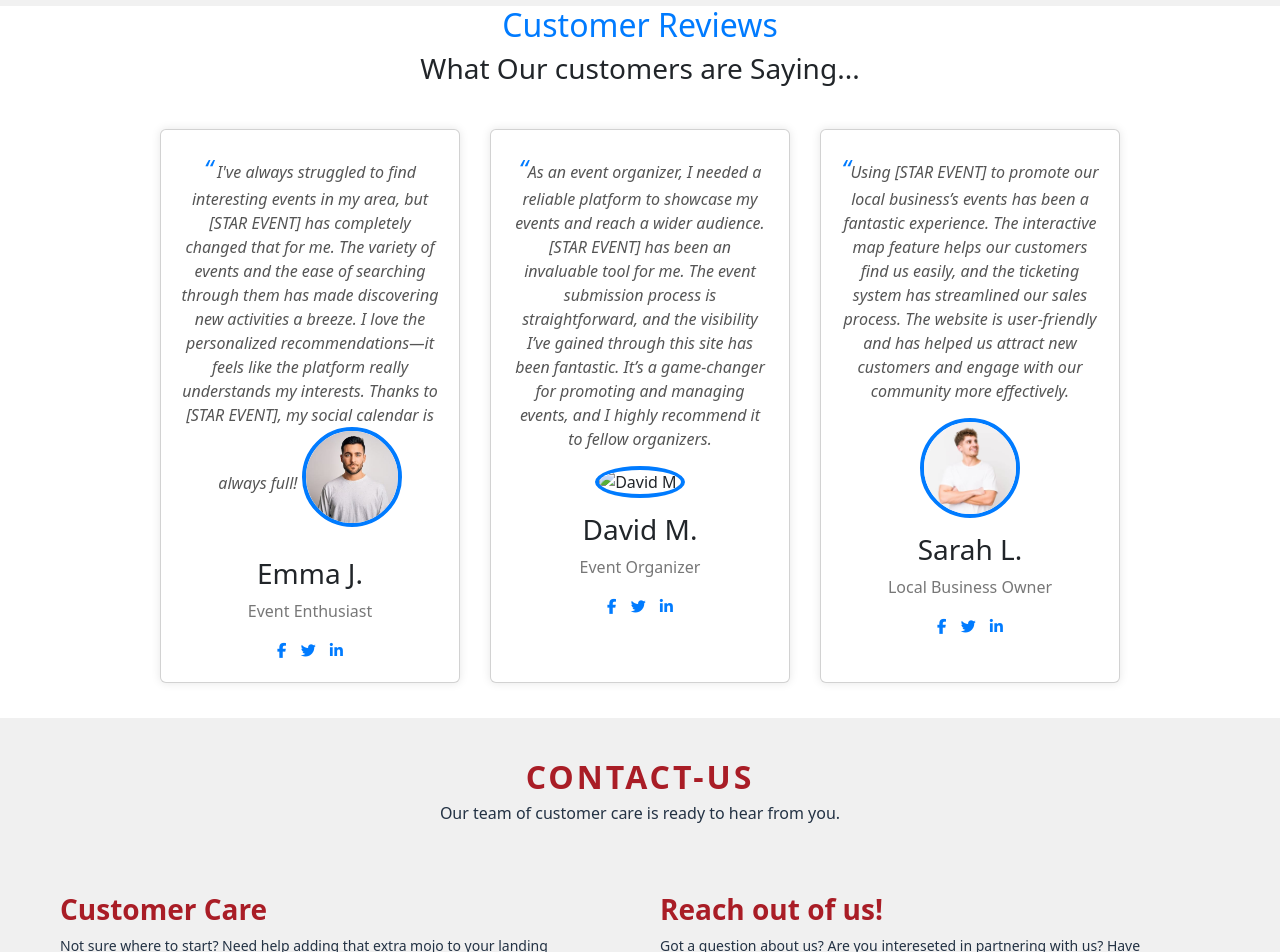
Repository: SharonSebastian32/Event-Management-System-
Page: index.html
An editor plug-in stored every save of this project. The page is shown before and after a run of saves, followed by the edit.
The browser window is 1280 px wide. The pictures show the part of the page from y = 4334 to 5286 px (the page is 8699 px tall).
A picture or video elsewhere on the page could not be fetched, so the positions and the page height are approximate. Some web libraries are served in a nearby version.

Above is the page before, as saved 2024-09-07 09:39:16.
Not found: asset/images/imgg2.jpg
Not found: assets/css/ContactUs.css

### index.html
<!DOCTYPE html>
<html lang="en">
  <head>
    <meta charset="UTF-8" />
    <meta name="viewport" content="width=device-width, initial-scale=1.0" />
    <link rel="icon" type="image/x-icon" href="./Assets/images/aa.png" />
    <title>Star Events</title>
    <link
      rel="stylesheet"
      href="https://cdnjs.cloudflare.com/ajax/libs/font-awesome/5.15.4/css/all.min.css"
    />
    <link rel="stylesheet" href="./Css/Styles.css" />

    <!-- conatct us  style -->
    <link rel="stylesheet" href="/assets/css/ContactUs.css" />
    <link
      href="https://cdn.jsdelivr.net/npm/bootstrap@5.3.0/dist/css/bootstrap.min.css"
      rel="stylesheet"
    />

    <!-- footer link  style   -->
    <link
      rel="stylesheet"
      href="https://cdnjs.cloudflare.com/ajax/libs/font-awesome/6.6.0/css/all.min.css"
      integrity="sha512-Kc323vGBEqzTmouAECnVceyQqyqdsSiqLQISBL29aUW4U/M7pSPA/gEUZQqv1cwx4OnYxTxve5UMg5GT6L4JJg=="
      crossorigin="anonymous"
      referrerpolicy="no-referrer"
    />
    <link href="https://cdn.jsdelivr.net/npm/bootstrap@5.3.0/dist/css/bootstrap.min.css" rel="stylesheet" />


    <!-- upcoming events  -->
      <link href="https://cdn.jsdelivr.net/npm/bootstrap@5.3.0-alpha1/dist/css/bootstrap.min.css" rel="stylesheet">

  </head>
  <body>
    <!-- hero section start -->
    <nav>
      <div class="nav-container">
        <div class="logo">
          <a href="#home">
            <img src="./Assets/images/aa.png" alt="Event Management Logo" />
          </a>
        </div>
        <ul class="nav-links">
          <li><a href="#home">HOME</a></li>
          <li><a href="#about">ABOUT US</a></li>
          <li><a href="#events">EVENTS</a></li>
          <li><a href="#services">SERVICES</a></li>
          <li><a href="#partners us">PARTNERS US</a></li>
          <li><a href="#Gallary">GALLERY</a></li>
          <li><a href="#contact-us">CONTACT US</a></li>
        </ul>
        <div class="sign-in">
          <a href="#login">SIGN IN</a>
        </div>
      </div>
    </nav>

    <!-- Section for Event Management Video -->
    <section class="video-section">
      <video autoplay muted loop>
        <source src="./Assets/videos/aa.mp4" type="video/mp4" />
        Your browser does not support the video tag.
      </video>
    </section>

    <!-- hero section end -->

    <!-- about us section  start-->
    <section id="about" class="about-us-section">
      <div class="about-container">
        <div class="about-text">
          <h2>ABOUT US</h2>
          <p>
            We are a leading event management company specializing in creating
            unforgettable experiences for our clients. With a team of passionate
            professionals, we bring ideas to life and turn your vision into
            reality.
          </p>
          <p>
            Whether it’s a corporate event, wedding, or private celebration, our
            attention to detail and personalized approach ensures that every
            event is a success.
          </p>
        </div>
        <div class="about-image">
          <img src="./Assets/images/about-us.jpg" alt="About Us" />
        </div>
      </div>
    </section>
    <!-- about us section  ends-->

    <!-- events section start -->
<center>
        <h1 style="font-size: 45px; color: #a91d26" data-aos="zoom-in">
          Events
        </h1>
        <form class="search-form" data-aos="flip-down">
          <input
            type="text"
            name="search"
            id="search"
            placeholder="Search events by name, category, price"
            data-aos="flip-down"
          />
          <button type="submit">Search</button>
        </form>
</center>
 <section id="events">
    <div class="event-wrapper">
        <div class="event-container" id="event-container">
            <!-- Event cards will be injected here by JavaScript -->
        </div>
        <div class="upcoming-events" id="upcoming-events">
          <center><h1>Upcoming Events</h1></center>

         </div>
    </div>

    <div id="event-model" class="model">
        <div class="model-content">
            <span class="close">&times;</span>
            <h2>Event Details</h2>
            <p id="event-description">Details will be displayed here.</p>
            <br />
            <a href="https://sharonsebastian32.github.io/razorpaypaymentgateway_implementation/" target="_blank">
                <button class="view-details-btn-1">Book Event </button>
            </a>
        </div>
    </div>
</section>


    <!-- events section end -->

    <!-- partner with us  start-->
    <div class="container-fluid our_partner" style="background-color: rgb(241, 241, 241);">
      <center>
        <h2 style="color: #a91d26; font-family: cursive;">OUR-PARTNERS</h2>
        <h6>Brands That Trust Us</h6>
       </center>
            <div class="row partners">
                <div class="partner_section">

                    <div class="col-md-3 card_section">
                        <div class="partner_card">
                            <img src="./Assets/images/partner1.jpg" alt="OurPartner" />
                        </div>
                    </div>
                    <div class="col-md-3 card_section">
                        <div class="partner_card">
                            <img src="./Assets/images/partner2.jpg" alt="OurPartner" />
                        </div>
                    </div>
                    <div class="col-md-3 card_section">
                        <div class="partner_card">
                            <img src="./Assets/images/partner3.jpg" alt="OurPartner" />
                        </div>
                    </div>
                    <div class="col-md-3 card_section">
                        <div class="partner_card">
                            <img src="./Assets/images/partner4.jpg" alt="OurPartner" />
                        </div>
                    </div>

                </div>
            </div>
        </div>
        </div>


    <!-- partner with us  start-->



  <!-- customer review start -->


    <div class="Testimonials-card">
      <h2>Customer Reviews</h2>
      <h3>What Our customers are Saying...</h3>
    </div>
    <div class="Testimonial-container">
      <div class="card">
        <div class="content">
          <p class="quote">
            <span class="quote-symbol">“</span>
            I've always struggled to find interesting events in my area, but
            [STAR EVENT] has completely changed that for
            me. The variety of events and the ease of searching through them has
            made discovering new activities a breeze. I love the personalized
            recommendations—it feels like the platform really understands my
            interests. Thanks to [STAR EVENT], my social
            calendar is always full!
          <img src="./Assets/images/imgg2.jpg" class="profile" alt="Emma J." />
          <h3>Emma J.</h3>
          <p class="role">Event Enthusiast</p>
          <div class="social-icons">
            <a href="https://www.facebook.com" target="_blank" aria-label="Facebook"><i class="fab fa-facebook-f"></i></a>
            <a href="https://twitter.com" target="_blank" aria-label="Twitter"><i class="fab fa-twitter"></i></a>
            <a href="https://www.linkedin.com" target="_blank" aria-label="LinkedIn"><i class="fab fa-linkedin-in"></i></a>
          </div>
        </div>
      </div>
      <div class="card">
        <div class="content">
          <p class="quote">
            <span class="quote-symbol">“</span>As an event organizer, I needed a reliable platform to showcase my
            events and reach a wider audience. [STAR EVENT]
            has been an invaluable tool for me. The event submission process is
            straightforward, and the visibility I’ve gained through this site
            has been fantastic. It’s a game-changer for promoting and managing
            events, and I highly recommend it to fellow organizers.
          </p>
          <img src="asset/images/imgg2.jpg" class="profile" alt="David M." />
          <h3>David M.</h3>
          <p class="role">Event Organizer</p>
          <div class="social-icons">
            <a href="https://www.facebook.com" target="_blank" aria-label="Facebook"><i class="fab fa-facebook-f"></i></a>
            <a href="https://twitter.com" target="_blank" aria-label="Twitter"><i class="fab fa-twitter"></i></a>
            <a href="https://www.linkedin.com" target="_blank" aria-label="LinkedIn"><i class="fab fa-linkedin-in"></i></a>
          </div>
        </div>
      </div>
      <div class="card">
        <div class="content">
          <p class="quote">
            <span class="quote-symbol">“</span>Using [STAR EVENT] to promote our local
            business’s events has been a fantastic experience. The interactive
            map feature helps our customers find us easily, and the ticketing
            system has streamlined our sales process. The website is
            user-friendly and has helped us attract new customers and engage
            with our community more effectively.
          </p>
          <img src="asset/images/img3.jpg" class="profile" alt="Sarah L." />
          <h3>Sarah L.</h3>
          <p class="role">Local Business Owner</p>
          <div class="social-icons">
            <a href="https://www.facebook.com" target="_blank" aria-label="Facebook"><i class="fab fa-facebook-f"></i></a>
            <a href="https://twitter.com" target="_blank" aria-label="Twitter"><i class="fab fa-twitter"></i></a>
            <a href="https://www.linkedin.com" target="_blank" aria-label="LinkedIn"><i class="fab fa-linkedin-in"></i></a>
          </div>
        </div>
      </div>
    </div>



     <!-- customer review start  -->





    <!-- conatct us section -->
    <div class="container-fluid contact_us" id="contact-us" style="background-color: rgb(240, 240, 240);" >
      <h2>CONTACT-US</h2>
      <h6>Our team of customer care is ready to hear from you.</h6>

      <div class="row main_section">
        <div class="col-md-6 section1">
          <h3>Customer Care</h3>
          <p>
            Not sure where to start? Need help adding that extra mojo to your
            landing page? Just visit our
            <span>hepl center</span> or get in touch with us:
          </p>
          <div class="customer_care">
            <div class="customer_care_profile">
              <div class="profile_img">
                <img src="./Assets/images/men.jpg" alt="customer_care" />
              </div>
              <div class="profile_details">
                <h5>John</h5>
                <h6>Customer Care Lead</h6>
                <p>+91 7484930837</p>
              </div>
            </div>
            <div class="customer_care_profile">
              <div class="profile_img">
                <img src="./Assets/images/women.jpg" alt="customer_care" />
              </div>
              <div class="profile_details">
                <h5>Elizabeth</h5>
                <h6>Customer Care</h6>
                <p>+91 748493083758</p>
              </div>
            </div>
          </div>
        </div>
        <div class="col-md-6 section2">
          <h3>Reach out of us!</h3>
          <p>
            Got a question about us? Are you intereseted in partnering with us?
            Have some suggestions or just want to say Hi? Contact Us:
          </p>
          <form action="">
            <input
              class="form-control"
              type="text"
              name="first_name"
              placeholder="First Name"
              required
            />
            <input
              class="form-control"
              type="text"
              name="last_name"
              placeholder="Last Name"
              required
            />
            <input
              class="form-control"
              type="email"
              name="email"
              placeholder="E-mail"
              required
            />
            <input
              class="form-control"
              type="tel"
              name="phone"
              placeholder="Phone Number"
              required
            />
            <textarea
              class="form-control"
              name="message"
              id=""
              rows="4"
              placeholder="Message"
            ></textarea>
            <button class="btn">SUBMIT</button>
          </form>
        </div>
      </div>
    </div>
    <!-- contact us section -->



<!-- Gallary section starts -->
   <section id="Gallary" style="background-color: rgb(255, 247, 247);">
      <h1 style="text-align: center; font-size: 48px; color: brown">Gallary</h1>
      <div class="gallery">
        <div>
          <img src="./Assets/images/pic1.jpg" alt="" />
        </div>
        <div class="v-stretch">
          <img src="./Assets/images/pic2.jpg" alt="" />
        </div>
        <div class="v-stretch">
          <img src="./Assets/images/pic3.jpg" alt="" />
        </div>
        <div class="">
          <img src="./Assets/images/pic4.jpg" alt="" />
        </div>
        <div class="">
          <img  src="./Assets/images/pic5.jpg" alt="" />
        </div>
        <div class="v-stretch">
          <img src="./Assets/images/pic6.jpg" alt="" />
        </div>
        <div class="big-stretch">
          <img src="./Assets/images/pic7.jpg" alt="" />
        </div>
        <div class="">
          <img src="./Assets/images/pic8.jpg" alt="" />
        </div>
        <div class="h-stretch">
          <img src="./Assets/images/pic9.jpg" alt="" />
        </div>
        <div class="">
          <img src="./Assets/images/pic10.jpg" alt="" />
        </div>
        <div class="">
          <img src="./Assets/images/pic11.jpg" alt="" />
        </div>
        <div class="">
          <img src="./Assets/images/pic12.jpg" alt="" />
        </div>
        <div class="v-stretch">
          <img src="./Assets/images/pic13.jpg" alt="" />
        </div>

        <div class="big-stretch">
          <img src="./Assets/images/pic14.jpg" alt="" />
        </div>
        <div class="">
          <img src="./Assets/images/pic15.jpg" alt="" />
        </div>
        <div class="h-stretch">
          <img src="./Assets/images/pic16.jpg"alt="" />
        </div>
        <div class="">
          <img src="./Assets/images/pic17.jpg" alt="" />
        </div>
        <div class="big-stretch">
          <img src="./Assets/images/pic18.jpg" alt="" />
        </div>
        <div class="">
          <img src="./Assets/images/pic19.jpg" alt="" />
        </div>
        <div class="">
          <img src="./Assets/images/pic20.jpg" alt="" />
        </div>
        <div class="">
          <img src="https://www.culturalindia.net/iliimages/Mohiniattam-1.jpg" alt="" />
        </div>
      </div>
    </section>

<!-- Gallary Section Ends -->
    <!-- footer section start -->
    <footer>
      <div class="container">
        <div class="row">
          <div class="col-md-3 footer-col">
            <h4>Star Events</h4>
            <p>
              Star Events is the number one event conducting company in Kerala.
              We are conducting many types of events all over the state since 15
              years and created 5000 above satisfied customers. Celebrate your
              moments with star events.
            </p>
          </div>

          <div class="col-md-3 footer-col">
            <h4>Links</h4>
            <ul>
              <li><a href="">Home</a></li>
              <li><a href="">About Us</a></li>
              <li><a href="">Events</a></li>
              <li><a href="">Services</a></li>
              <li><a href="">Partner Us</a></li>
              <li><a href="">Gallery</a></li>
              <li><a href="">Contact Us</a></li>
            </ul>
          </div>

          <div class="col-md-3 footer-col">
            <h4>Our Services</h4>
            <ul>
              <li>Event Booking</li>
              <li>Anchoring</li>
              <li>Catering</li>
              <li>Advertising</li>
              <li>Marketing</li>
            </ul>
          </div>

          <div class="col-md-3 footer-col">
            <h4>Your Feedback</h4>
            <form action="">
              <input
                type="text"
                placeholder="Enter your name"
                class="inputname"
              />
              <input
                type="email"
                placeholder="Enter your email id"
                class="inputemail"
              />
              <input
                type="text"
                placeholder="Write your feedback or suggestions"
                class="inputfs"
              />
              <input type="submit" value="SUBMIT" class="inputSubmit" />
            </form>
          </div>
        </div>
        <hr />
        <div class="row">
          <div class="col-md-6">
            <p>&#169; 2024 <b>Star Events</b>. All Rights Reserved</p>
          </div>

          <div class="col-md-6 text-md-end socialIcons">
            <a href=""><i class="fab fa-facebook"></i></a>
            <a href=""><i class="fab fa-instagram"></i></a>
            <a href=""><i class="fab fa-twitter"></i></a>
            <a href=""><i class="fab fa-youtube"></i></a>
            <a href=""><i class="fab fa-whatsapp"></i></a>
          </div>
        </div>
      </div>
    </footer>


<!-- upcomiong section  -->
  <script src="https://cdn.jsdelivr.net/npm/bootstrap@5.3.0-alpha1/dist/js/bootstrap.bundle.min.js"></script>
    <!-- footer setcion section end -->

    <script src="./Js/Scripts.js"></script>


    <!-- our partners -->
      <script src="https://cdn.jsdelivr.net/npm/bootstrap@5.3.0/dist/js/bootstrap.bundle.min.js"></script>
    <script src="https://cdn.jsdelivr.net/npm/bootstrap@5.3.0/dist/js/bootstrap.bundle.min.js"></script>
  </body>
</html>

Loaded but not shown: json/events.json (837 lines, source omitted); Js/Scripts.js (59 lines, source omitted); Css/Styles.css (919 lines, source omitted)

After the next 5 saves:
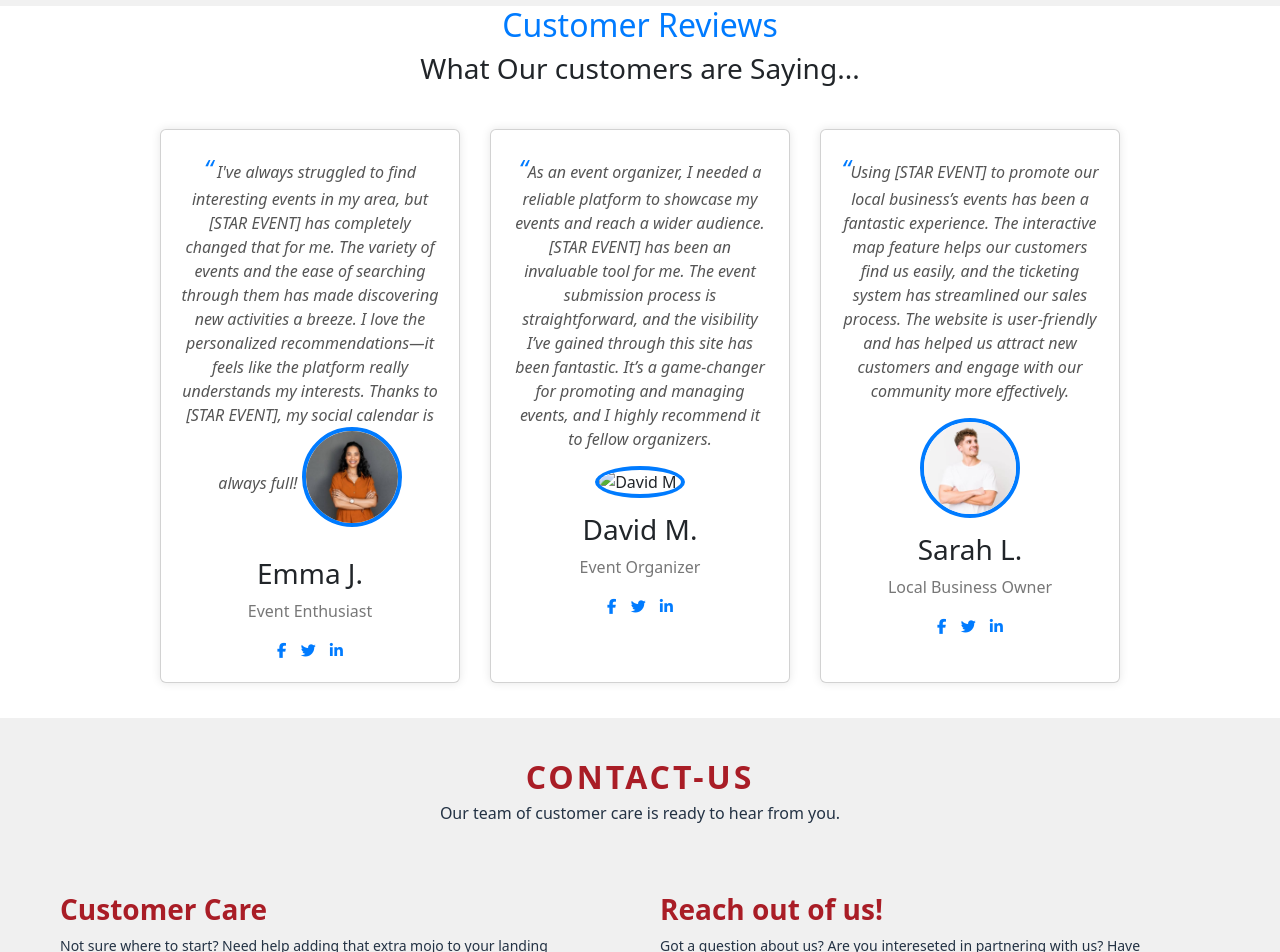
The 5 saves are shown as one change because they came seconds apart.
The last was saved 111 s later.
--- a/index.html
+++ b/index.html
@@ -193,7 +193,7 @@
             recommendations—it feels like the platform really understands my
             interests. Thanks to [STAR EVENT], my social
             calendar is always full!
-          <img src="./Assets/images/imgg2.jpg" class="profile" alt="Emma J." />
+          <img src="./Assets/images/img4.jpg" class="profile" alt="Emma J." />
           <h3>Emma J.</h3>
           <p class="role">Event Enthusiast</p>
           <div class="social-icons">
